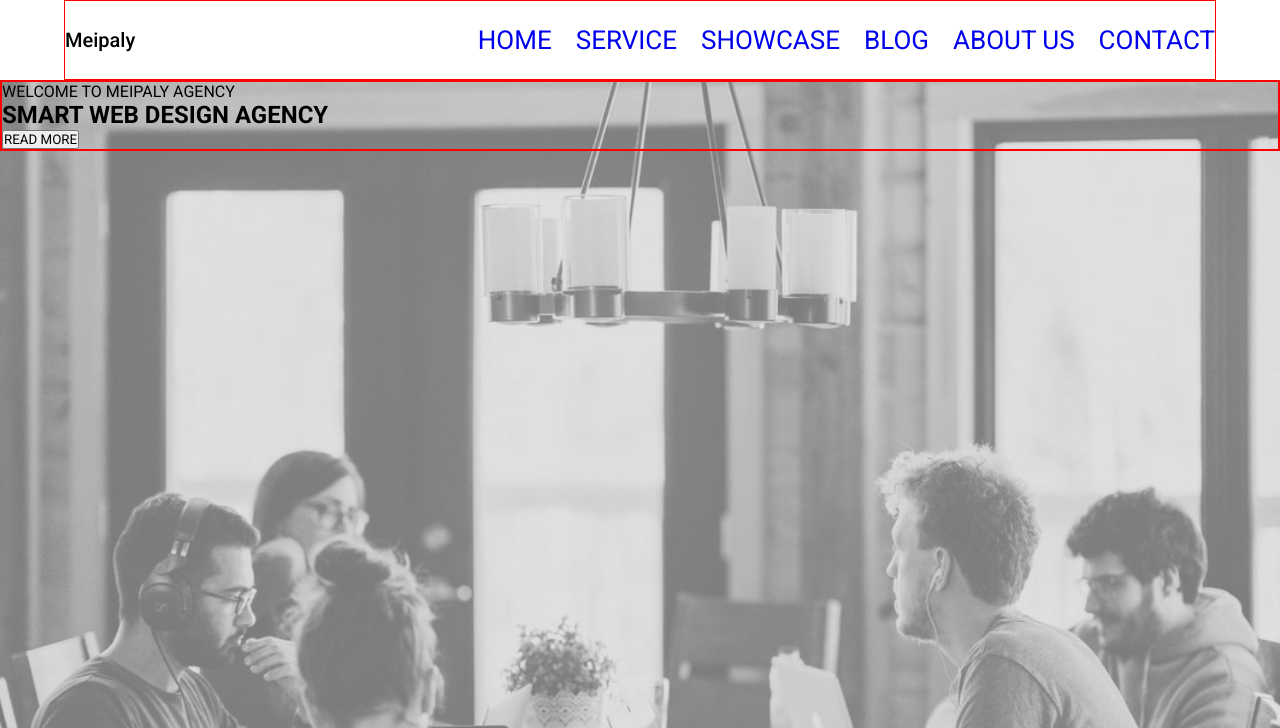
Repository: ducdatit2002/meipaly
Page: index.html
These files come from the project's save history. The page is drawn as it stood at one moment and after the next save; the edit follows.
The browser window is 1280 px wide. The pictures show the whole page.

Above is the page before, as saved 2023-07-10 19:51:56.

After the next save:
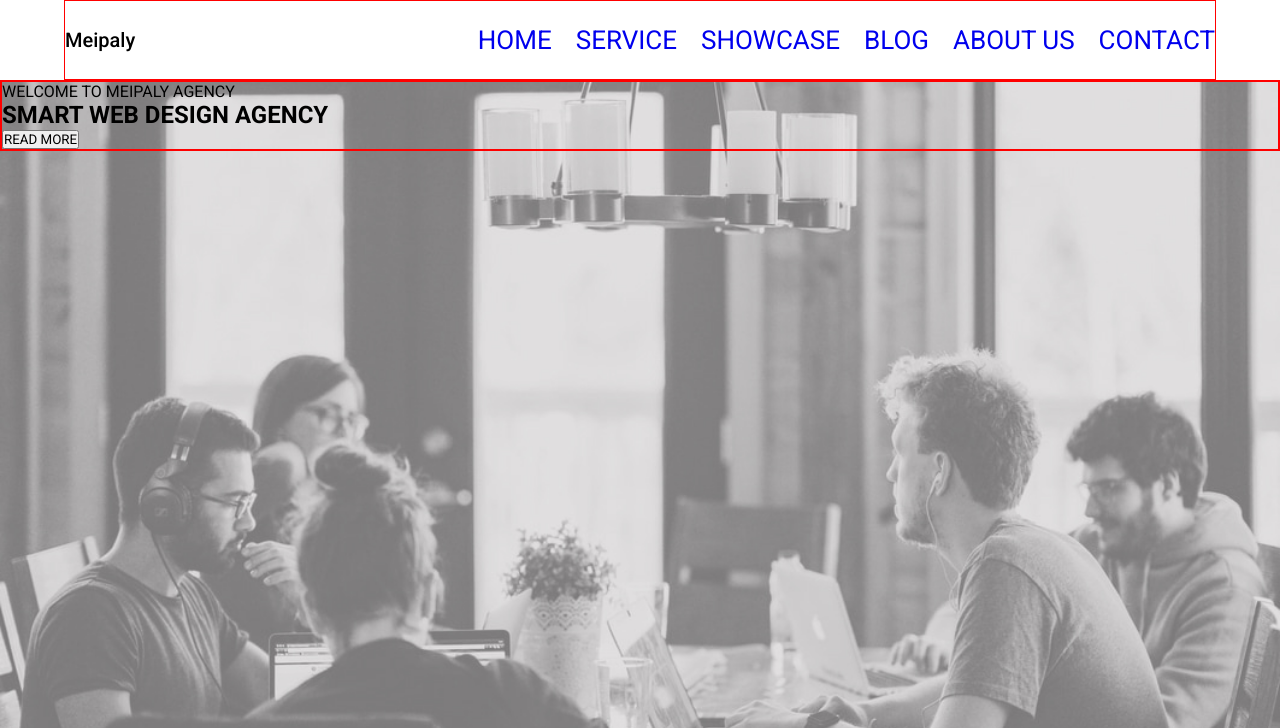
Saved 5 s later.
--- a/index.css
+++ b/index.css
@@ -39,7 +39,7 @@
     min-height: 500px;
     background-repeat: no-repeat;
     background-size: cover;
-    back
+    background-position: center;
 }
 .banner__container {
     border: 2px solid red;
